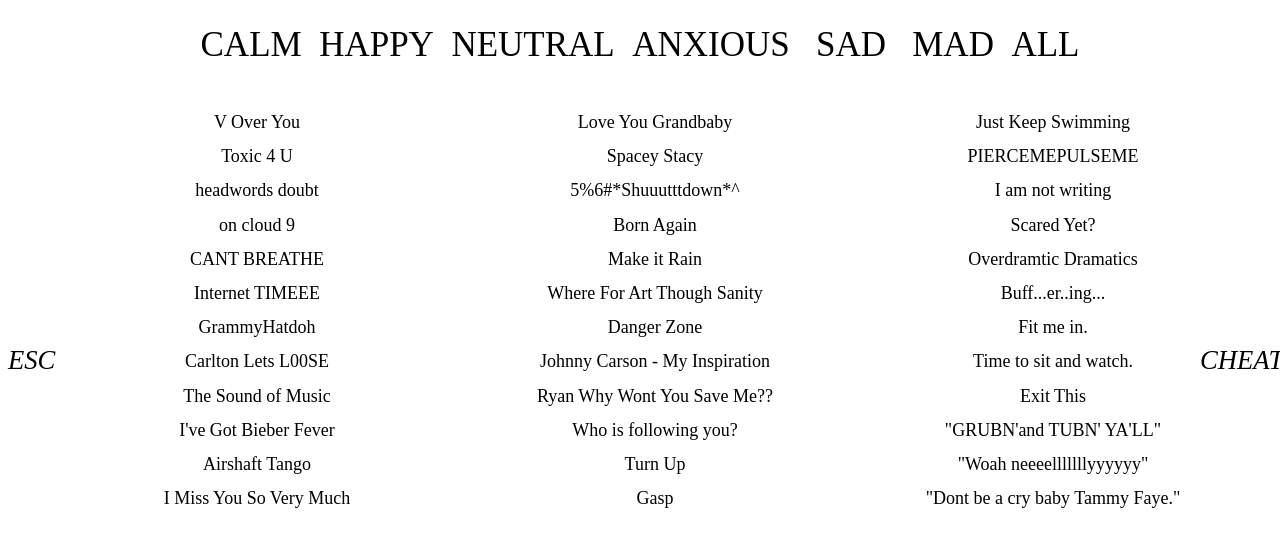
Repository: bradk647/bradk647.github.io
Page: cheat/sadcheat.html
The author's editor kept a record of every edit. The page is drawn from the files as they stood at one moment, then again after the next edit.
The browser window is 1280 px wide. The pictures show the whole page.

Above is the page before.

### cheat/sadcheat.html
<html>
    <head>
        <title>
           U R CHEATR?
        </title>
        <link rel="stylesheet" type="text/css" href="sadcheat.css">

        <link rel="icon" href="../BUGS018.png" sizes="16x16 32x32" type="image/png">

    </head>

    <body>
        <div class="wrappertext">
            <a href="calmcheat.html"><div id="orange" style="display: inline-block;">CALM</div></a>&nbsp;
            <a href="happycheat.html"><div id="pink" style="display: inline-block;">HAPPY</div></a>&nbsp;
            <a href="neutralcheat.html"><div id="yellow" style="display: inline-block;">NEUTRAL</div></a>&nbsp;
            <a href="anxiouscheat.html"><div id="green" style="display: inline-block;">ANXIOUS</div></a> &nbsp;
            <a href="sadcheat.html"><div id="blue" style="display: inline-block;">SAD</div></a> &nbsp;
            <a href="madcheat.html"><div id="red" style="display: inline-block;">MAD</div></a>&nbsp;
            <a href="allcheat.html"><div id="all" style="display: inline-block;">ALL</div></a>
         </div>

         <div class="leftwrapper">
                <div class="esc">
                    <a href="../indexbunny.html">ESC</a> <br />
                </div>
            </div>

         <div class="rightwrapper">
                <div class="cheat">
                    <a href="cheatpage.html">CHEAT</a> <br />
                </div>
            </div>

        <ul>

            <a href="../bunny/VOverYou.html" div id="yellow"><li>V Over You</li></a>
            <a href="../bunny/brit.html" div id="red"><li>Toxic 4 U</li></a>
            <a href="../bunny/headwords.html" div id="blue"><li>headwords doubt</li></a>
            <a href="../bunny/clouds.html" div id="orange"><li>on cloud 9</li></a>
            <a href="../bunny/constriction.html" div id="green"><li>CANT BREATHE</li></a>
            <a href="../bunny/alice.html" div id="yellow"><li>Internet TIMEEE</li></a>
            <a href="../bunny/GrammyHatdoh.html" div id="pink"><li>GrammyHatdoh</li></a>
            <a href="../bunny/disco.html" div id="pink"><li>Carlton Lets L00SE</li></a>
            <a href="../bunny/moutaintop.html" div id="orange"><li>The Sound of Music</li></a>
            <a href="../bunny/bieber.html" div id="red"><li>I've Got Bieber Fever</li></a>
            <a href="../bunny/AirshaftTango.html" div id="green"><li>Airshaft Tango</li></a>
            <a href="../bunny/IMissYouSoVeryMuch.html" div id="blue"><li>I Miss You So Very Much</li></a>
            <a href="../bunny/oldpeople.html" div id="yellow"><li>Love You Grandbaby</li></a>
            <a href="../bunny/SpaceyStacy.html" div id="yellow"><li>Spacey Stacy</li></a>
            <a href="../bunny/Shutdown.html" div id="blue"><li>5%6#*Shuuutttdown*^</li></a>
            <a href="../bunny/BornAgain.html" div id="green"><li>Born Again</li></a>
            <a href="../bunny/MakeItRain.html" div id="orange"><li>Make it Rain</li></a>
            <a href="../bunny/shakespere.html" div id="green"><li>Where For Art Though Sanity </li></a>
            <a href="../bunny/dangerzone.html" div id="pink"><li>Danger Zone </li></a>
            <a href="../bunny/SHOUT.html" div id="red"><li>Johnny Carson - My Inspiration </li></a>
            <a href="../bunny/buried.html" div id="green"><li>Ryan Why Wont You Save Me??</li></a>
            <a href="../bunny/WhoIsFollowingYou.html" div id="orange"><li>Who is following you?</li></a>
            <a href="../bunny/padded.html" div id="orange"><li>Turn Up</li></a>
            <a href="../bunny/poem1.html" div id="blue"><li>Gasp</li></a>
            <a href="../bunny/DORI.html" div id="pink"><li>Just Keep Swimming</li></a>
            <a href="../bunny/PUSLEME.html" div id="red"><li>PIERCEMEPULSEME</li></a>
            <a href="../bunny/NotWriting.html" div id="green"><li>I am not writing</li></a>
            <a href="../bunny/knife.html" div id="red"><li>Scared Yet?</li></a>
            <a href="../bunny/overdrama.html" div id="blue"><li>Overdramtic Dramatics</li></a>
            <a href="../bunny/textmess.html" div id="yellow"><li>Buff...er..ing...</li></a>
            <a href="../bunny/mold.html" div id="green"><li>Fit me in.</li></a>
            <a href="../bunny/window.html" div id="yellow"><li>Time to sit and watch.</li></a>
            <a href="../bunny/exit.html" div id="blue"><li>Exit This</li></a>
            <a href="../bunny/snackz.html" div id="pink"><li>"GRUBN'and TUBN' YA'LL"</li></a>
            <a href="../bunny/indexvid1.html" div id="red"><li>"Woah neeeelllllllyyyyyy"</li></a>
            <a href="../bunny/tammy.html" div id="blue"><li>"Dont be a cry baby Tammy Faye."</li></a>
        </ul>

    </body>
</html>

### cheat/sadcheat.css
body{
            background-color:white;
        }

        .wrappertext {
            text-align:center;
            font-family: "Times New Roman",serif;
            font-size:35px;
            margin-top:25px;
        }

       .leftwrapper {
            width:50%;
            float: left;

        }

        .rightwrapper{
            width:50%;
            float: right;
        }

        .esc {
        	position: fixed;
        	top: 50%;
        	font-size: 20pt;
        	font-style:italic;
        	-webkit-transform: translateY (-50%);
        	   -moz-transform: translateY(-50%);
        			transform: translateY(-50%);
        }

        .cheat {
            color:black;
            font-family:"Times New Roman",serif;
            font-size:20pt;
            font-style:italic;
            position: fixed;
            top: 50%;
            /*left:990px;*/
            left: 97%;
            /*margin-right: -100%;*/
            transform: translate(-50%, -50%)
            }

        a:link {
                text-decoration: none;
                color:black;
            }

            a:visited {
                text-decoration: none;
                color:black;
            }

            a:hover {
                text-decoration: line-through;
            }

            a:active {
                text-decoration: underline;
            }



            #red:hover {
                color: red;
                text-decoration: line-through;
            }
            #green:hover {
                color: green;
                text-decoration: line-through;
            }
           #blue:hover {
                color: blue;
                text-decoration: line-through;
            }
            #yellow:hover {
                color: yellow;
                text-decoration: line-through;
            }
            #orange:hover {
                color: orange;
                text-decoration: line-through;
            }
            #pink:hover {
                color: #FF69B4;
                text-decoration: line-through;
            }

            #all:hover {
                color:black;
                text-decoration: line-through;
            }

           /* #red1:hover {*/
           /*     color: red;*/
           /*     text-decoration: line-through;*/
           /* }*/
           /* #green1:hover {*/
           /*     color: green;*/
           /*     text-decoration: line-through;*/
           /* }*/
           /*#blue1:hover {*/
           /*     color: blue;*/
           /*     text-decoration: line-through;*/
           /* }*/
           /* #yellow1:hover {*/
           /*     color: yellow;*/
           /*     text-decoration: line-through;*/
           /* }*/
           /* #orange1:hover {*/
           /*     color: orange;*/
           /*     text-decoration: line-through;*/
           /* }*/
           /* #pink1:hover {*/
           /*     color: #FF69B4;*/
           /*     text-decoration: line-through;*/
           /* }*/

            ul {
                font-family:"Times New Roman",serif;
                font-size:18px;
                line-height:1.9em;
                list-style-type: none;
            	counter-reset: section;

            	-moz-column-count: 3;
                -moz-column-gap: 20px;
                -webkit-column-count: 3;
                -webkit-column-gap: 10px;
                column-count: 3;
                column-gap: 10px;

                text-align: center;
                vertical-align: middle;
                margin-right:40px;
                margin-top:40px;
            }

            ul li
            {
            	padding-left: 30px;
            	position: relative;
            }

            ul li:before
            {

            	margin: 0 0 0 -34px;
            	text-align: center;
            	width: 2em;
            	display: inline-block;
            	position: absolute;
            	height: 100%;

            }

After the next edit:
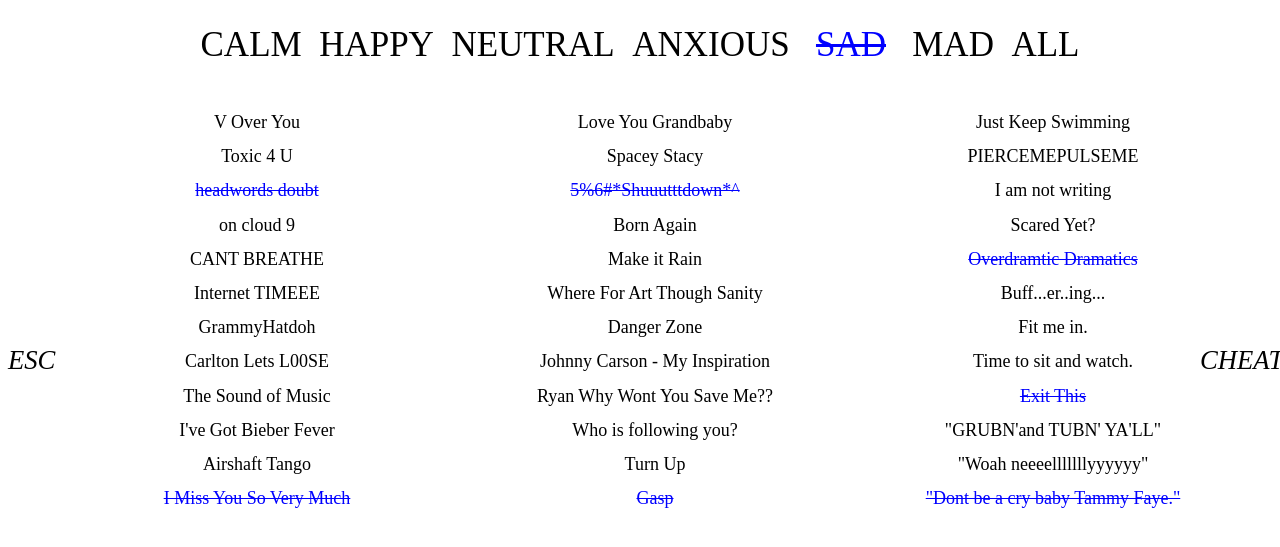
The edit:
--- a/cheat/sadcheat.css
+++ b/cheat/sadcheat.css
@@ -71,7 +71,7 @@
                 color: green;
                 text-decoration: line-through;
             }
-           #blue:hover {
+           #blue {
                 color: blue;
                 text-decoration: line-through;
             }
